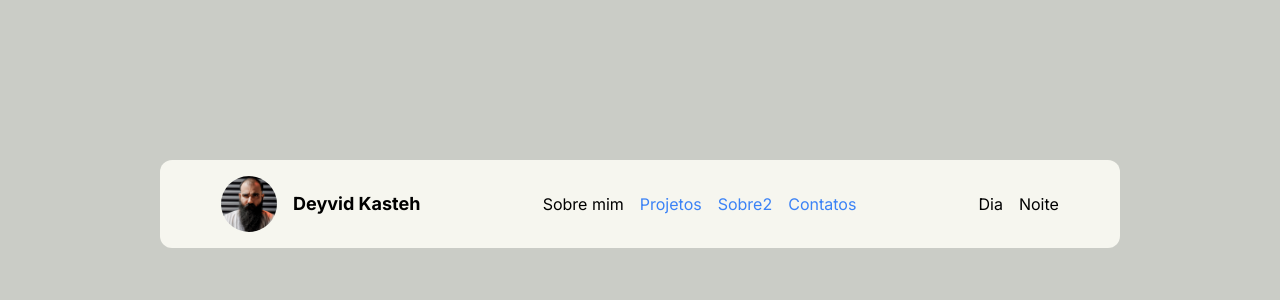
Repository: Deyvid-Kasteh/kasteh_portfolio
Page: /
These files come from the project's save history. The page is drawn as it stood at one moment and after the next save; the edit follows.
The browser window is 1280 px wide. The pictures show the whole page.
The project was rebuilt for these pictures with package versions that can differ from the ones it lists, and the page was loaded fresh each time. The framework's server and built-in components were replaced by stand-ins that run in the browser. Also part of the build but not shown: next.config.mjs.

Above is the page before, as saved 2024-03-24 17:39:18.

### src/app/layout.tsx
import type { Metadata } from "next";
import { Inter } from "next/font/google";
import "./globals.css";

const inter = Inter({ subsets: ["latin"] });

export const metadata: Metadata = {
  title: "Create Next App",
  description: "Generated by create next app",
};

export default function RootLayout({
  children,
}: Readonly<{
  children: React.ReactNode;
}>) {
  return (
    <html lang="pt-br">
      <body
        className={`bg-customGrayBG ${inter.className} p-4 sm:p-6 md:p-8 lg:p-10 xl:p-40`}
      >
        {children}
      </body>
    </html>
  );
}

### src/app/page.tsx
import Header from "./components/header";

export default function Home() {
  return (
    <>
      <Header />
      <main></main>
      <footer></footer>
    </>
    // <main className="bg-neutral-200 flex min-h-screen flex-col items-center justify-between p-24">

    // </main>
  );
}

### src/app/globals.css
@tailwind base;
@tailwind components;
@tailwind utilities;

:root {
  --foreground-rgb: 0, 0, 0;
  --background-start-rgb: 214, 219, 220;
  --background-end-rgb: 0, 0, 0;
}

/* @media (prefers-color-scheme: dark) {
  :root {
    --foreground-rgb: 255, 255, 255;
    --background-start-rgb: 0, 0, 0;
    --background-end-rgb: 0, 0, 0;
  }
} */

body {
  color: "#25282B"
  /* background: linear-gradient(
      to bottom,
      transparent,
      rgb(var(--background-end-rgb))
    )
    rgb(var(--background-start-rgb)); */
}



@layer utilities {
  .text-balance {
    text-wrap: balance;
  }
}

### src/app/components/header.tsx
import React from "react";
import logo from "../../../public/deyvidKaseth.jpg";
import Image from "next/image";

const Header: React.FC = () => {
  return (
    <header className="bg-customGrayComponents flex justify-around items-center py-4 rounded-xl">
      <div className="flex items-center space-x-4">
        <Image src={logo} alt="Logo" className="rounded-full w-14 h-14" />
        <h1 className="text-lg font-bold">Deyvid Kasteh</h1>
      </div>
      <nav>
        <ul className="flex space-x-4">
          <li>
            <a href="#">Sobre mim</a>
          </li>
          <li>
            <a href="#" className="text-blue-500 hover:text-blue-700">
              Projetos
            </a>
          </li>
          <li>
            <a
              href="#"
              className="text-blue-500 hover:text-blue-700 hover:bg-blue-500"
            >
              Sobre2
            </a>
          </li>
          <li>
            <a href="#" className="text-blue-500 hover:text-blue-700">
              Contatos
            </a>
          </li>
        </ul>
      </nav>
      <div className="flex space-x-4">
        <p>Dia</p>
        <p>Noite</p>
      </div>
    </header>
  );
};

export default Header;

### tailwind.config.ts
import type { Config } from "tailwindcss";

const config: Config = {
  content: [
    "./src/pages/**/*.{js,ts,jsx,tsx,mdx}",
    "./src/components/**/*.{js,ts,jsx,tsx,mdx}",
    "./src/app/**/*.{js,ts,jsx,tsx,mdx}",
  ],
  theme: {
    extend: {
      backgroundImage: {
        "gradient-radial": "radial-gradient(var(--tw-gradient-stops))",
        "gradient-conic":
          "conic-gradient(from 180deg at 50% 50%, var(--tw-gradient-stops))",
      },
      colors: {
        customGrayBG: "#CACCC6", // Definindo o background color
        customGrayComponents: "#F6F6EF",
      },
    },
  },
  plugins: [],
};
export default config;

After the next save:
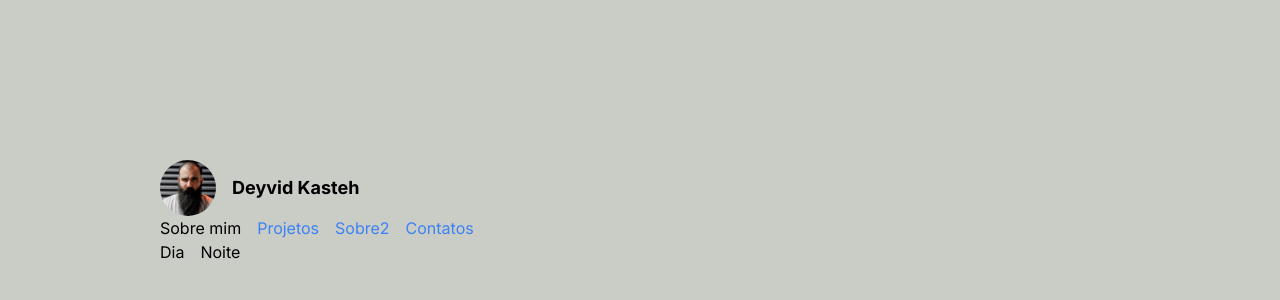
Saved 118 s later.
--- a/src/app/components/header.tsx
+++ b/src/app/components/header.tsx
@@ -4,7 +4,7 @@
 
 const Header: React.FC = () => {
   return (
-    <header className="bg-customGrayComponents flex justify-around items-center py-4 rounded-xl">
+    <header >
       <div className="flex items-center space-x-4">
         <Image src={logo} alt="Logo" className="rounded-full w-14 h-14" />
         <h1 className="text-lg font-bold">Deyvid Kasteh</h1>

After the save that followed:
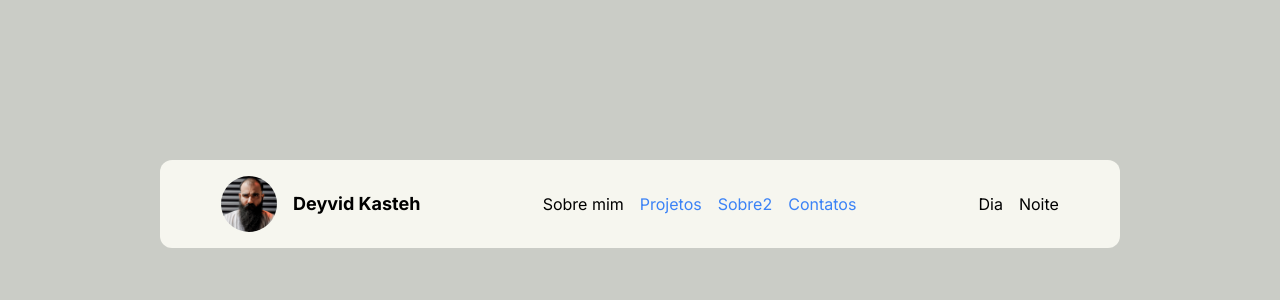
Saved 16 s later.
--- a/src/app/components/header.tsx
+++ b/src/app/components/header.tsx
@@ -4,7 +4,7 @@
 
 const Header: React.FC = () => {
   return (
-    <header >
+    <header className="bg-customGrayComponents flex justify-around items-center py-4 rounded-xl">
       <div className="flex items-center space-x-4">
         <Image src={logo} alt="Logo" className="rounded-full w-14 h-14" />
         <h1 className="text-lg font-bold">Deyvid Kasteh</h1>
